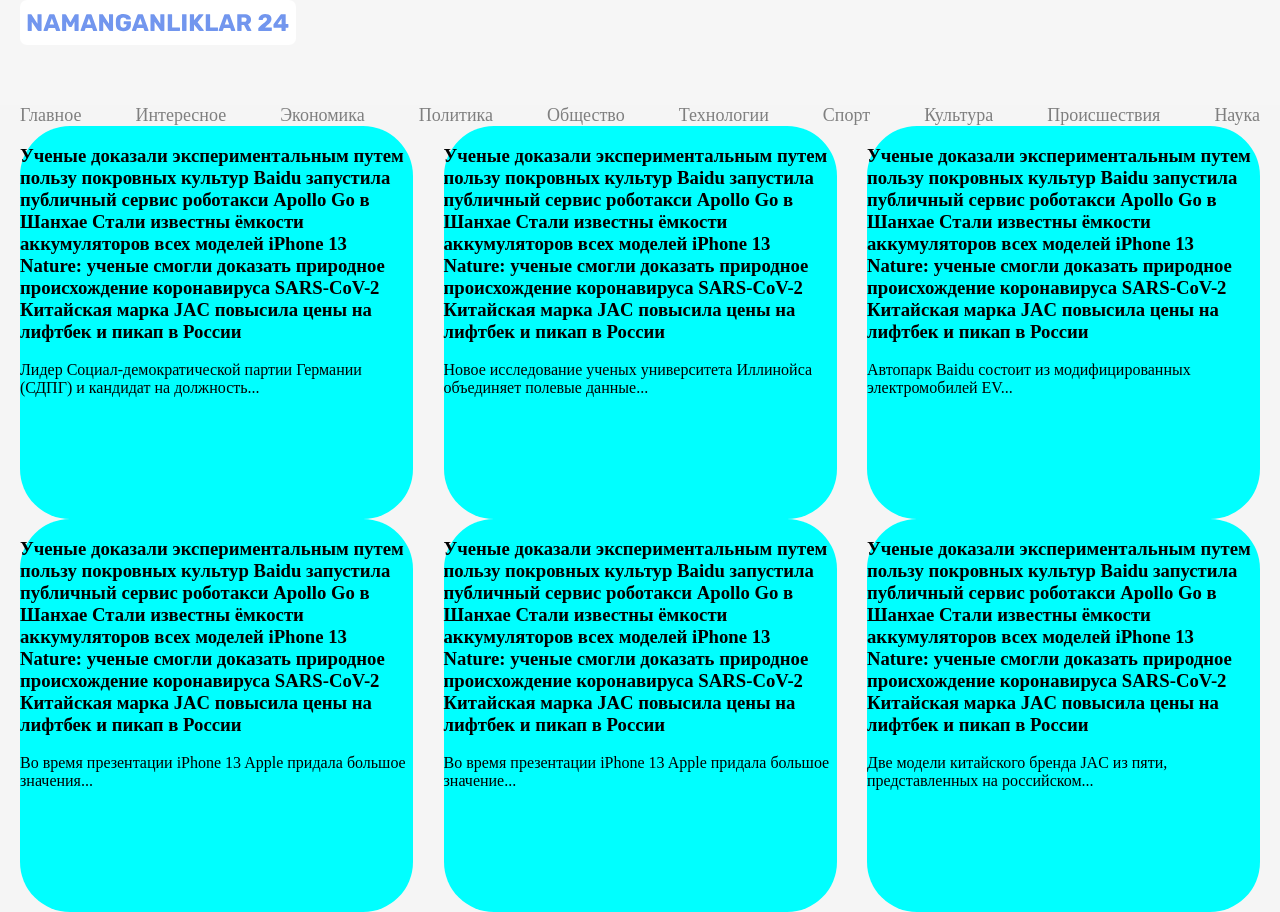
Repository: UlugbekAbdurasulov/projekt
Page: index.html
The author's editor kept a copy of each file at every save. The page is drawn from the files as they stood at one save, then again after the next save.
The browser window is 1280 px wide. The pictures show the whole page.

Above is the page before, as saved 2023-05-29 16:46:20.

### index.html
<!DOCTYPE html>
<html lang="ru">
  <head>
    <meta charset="UTF-8" />
    <meta http-equiv="X-UA-Compatible" content="IE=edge" />
    <meta name="viewport" content="width=device-width, initial-scale=1.0" />
    <title>Document</title>
  </head>
  <link rel="stylesheet" href="./css/main.css" />
  <body>
    <header class="navbar">
      <div class="container">
        <div>
          <img src="./images/logo.svg" alt="" />
          <ul>
            <li></li>
          </ul>
        </div>
      </div>
    </header>

    <h1 class="visually-hidden">Namanganliklar haqida yangliklar</h1>
    <div class="container">
      <ul class="menu">
        <li class="menu-text">Главное</li>
        <li class="menu-text">Интересное</li>
        <li class="menu-text">Экономика</li>
        <li class="menu-text">Политика</li>
        <li class="menu-text">Общество</li>
        <li class="menu-text">Технологии</li>
        <li class="menu-text">Спорт</li>
        <li class="menu-text">Культура</li>
        <li class="menu-text">Происшествия</li>
        <li class="menu-text">Наука</li>
      </ul>

      <menu class="box">
        <ul class="information-box">
          <li class="information">
            <h3 class="information-footer">
              Ученые доказали экспериментальным путем пользу покровных культур
              Baidu запустила публичный сервис роботакси Apollo Go в Шанхае
              Стали известны ёмкости аккумуляторов всех моделей iPhone 13
              Nature: ученые смогли доказать природное происхождение
              коронавируса SARS-CoV-2 Китайская марка JAC повысила цены на
              лифтбек и пикап в России
            </h3>
            <p class="information-text">
              Лидер Социал-демократической партии Германии (СДПГ) и кандидат на
              должность...
            </p>
            <img class="information-image" src="" alt="" />
          </li>
          <li class="information">
            <h3 class="information-footer">
              Ученые доказали экспериментальным путем пользу покровных культур
              Baidu запустила публичный сервис роботакси Apollo Go в Шанхае
              Стали известны ёмкости аккумуляторов всех моделей iPhone 13
              Nature: ученые смогли доказать природное происхождение
              коронавируса SARS-CoV-2 Китайская марка JAC повысила цены на
              лифтбек и пикап в России
            </h3>
            <p class="information-text">
              Новое исследование ученых университета Иллинойса объединяет
              полевые данные...
            </p>
            <img class="information-image" src="" alt="" />
          </li>
          <li class="information">
            <h3 class="information-footer">
              Ученые доказали экспериментальным путем пользу покровных культур
              Baidu запустила публичный сервис роботакси Apollo Go в Шанхае
              Стали известны ёмкости аккумуляторов всех моделей iPhone 13
              Nature: ученые смогли доказать природное происхождение
              коронавируса SARS-CoV-2 Китайская марка JAC повысила цены на
              лифтбек и пикап в России
            </h3>
            <p class="information-text">
              Автопарк Baidu состоит из модифицированных электромобилей EV...
            </p>
            <img class="information-image" src="" alt="" />
          </li>

          <li class="information">
            <h3 class="information-footer">
              Ученые доказали экспериментальным путем пользу покровных культур
              Baidu запустила публичный сервис роботакси Apollo Go в Шанхае
              Стали известны ёмкости аккумуляторов всех моделей iPhone 13
              Nature: ученые смогли доказать природное происхождение
              коронавируса SARS-CoV-2 Китайская марка JAC повысила цены на
              лифтбек и пикап в России
            </h3>
            <p class="information-text">
              Во время презентации iPhone 13 Apple придала большое значения...
            </p>
            <img class="information-image" src="" alt="" />
          </li>
          <li class="information">
            <h3 class="information-footer">
              Ученые доказали экспериментальным путем пользу покровных культур
              Baidu запустила публичный сервис роботакси Apollo Go в Шанхае
              Стали известны ёмкости аккумуляторов всех моделей iPhone 13
              Nature: ученые смогли доказать природное происхождение
              коронавируса SARS-CoV-2 Китайская марка JAC повысила цены на
              лифтбек и пикап в России
            </h3>
            <p class="information-text">
              Во время презентации iPhone 13 Apple придала большое значение...
            </p>
            <img class="information-image" src="" alt="" />
          </li>
          <li class="information">
            <h3 class="information-footer">
              Ученые доказали экспериментальным путем пользу покровных культур
              Baidu запустила публичный сервис роботакси Apollo Go в Шанхае
              Стали известны ёмкости аккумуляторов всех моделей iPhone 13
              Nature: ученые смогли доказать природное происхождение
              коронавируса SARS-CoV-2 Китайская марка JAC повысила цены на
              лифтбек и пикап в России
            </h3>
            <p class="information-text">
              Две модели китайского бренда JAC из пяти, представленных на
              российском...
            </p>
            <img class="information-image" src="" alt="" />
          </li>
        </ul>
      </menu>
    </div>
  </body>
</html>

### css/main.css
* {
    box-sizing: border-box;
    text-decoration: none;
    list-style: none;
  }

body {
    margin: 0;
    padding: 0;
    background-color: #f5f5f5;
  }
  .container {
    width: 1240px;
    margin: 0px auto;
    padding: 0;
  }
.navbar{
background-color:#F6F6F6;
height: 105px;
}
.menu{
    margin: 0;
    padding: 0;
    display: flex;
    justify-content: space-between;
}
.menu-text{
    font-family: 'Rubik';
font-style: normal;
font-weight: 500;
font-size: 18px;
line-height: 21px;
text-align: center;
color: #7F7F7F;
}
.visually-hidden {
    position: absolute;
    width: 1px;
    height: 1px;
    margin: -1px;
    padding: 0;
    overflow: hidden;
    border: 0;
    clip: rect(0 0 0 0)
  }
  .information-box{
    display: flex;
    margin: 0;
    padding: 0;
    flex-wrap: wrap;
    justify-content: space-between;

  }
  .box{
    padding: 0;
    margin: 0;
  }

  .information{

    width: 393px;
    height: 393px;
    margin: 0px;
    background-color:aqua;
    border-radius: 50px;
  }

After the next save:
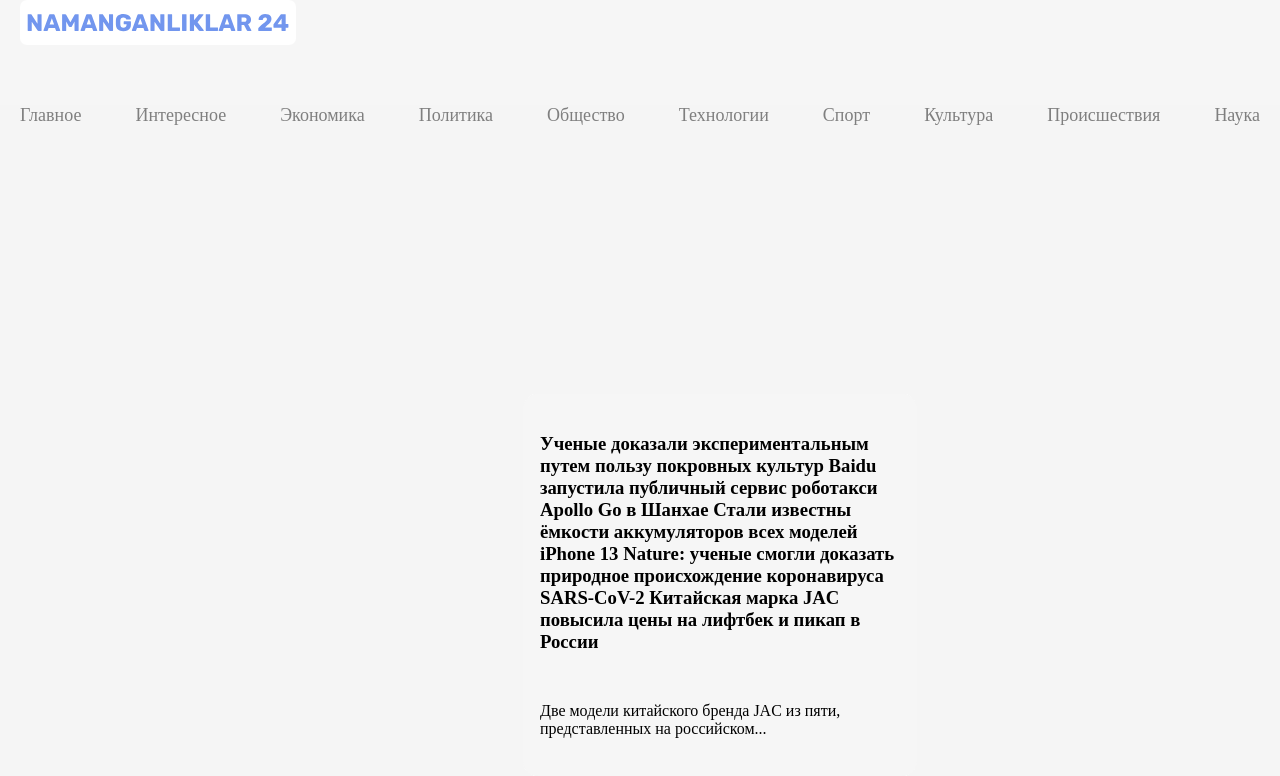
Saved 41 s later.
--- a/css/main.css
+++ b/css/main.css
@@ -62,5 +62,18 @@ color: #7F7F7F;
     height: 393px;
     margin: 0px;
     background-color:aqua;
-    border-radius: 50px;
+    display: flex;
+    flex-direction: column;
+    align-items: flex-start;
+    padding: 20px 17px 15px;
+    gap: 15px;
+
+    position: absolute;
+    width: 394px;
+    height: 382px;
+    left: 523px;
+    top: 394px;
+
+    background: #F6F6F6;
+    border-radius: 15px;
   }
